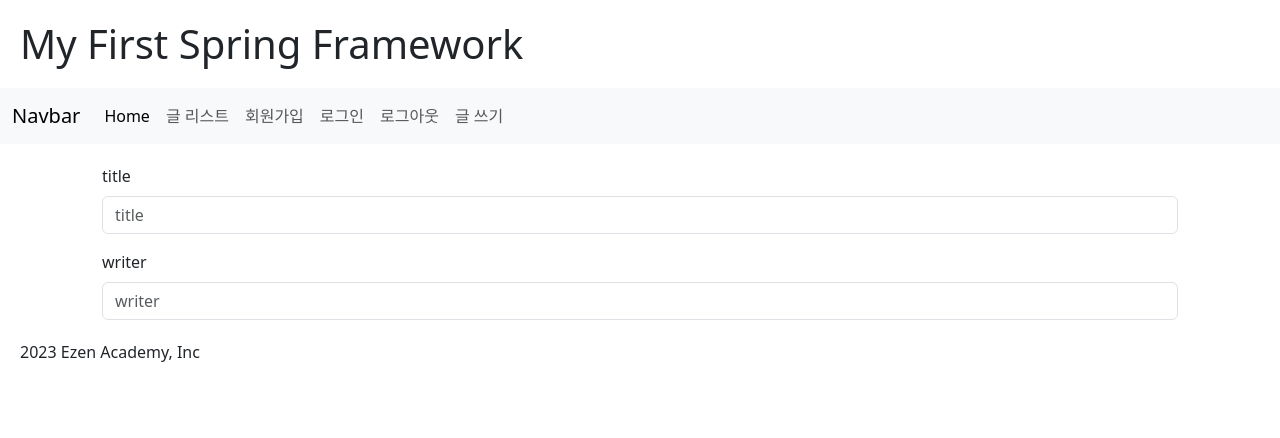
Repository: jinho0717/spring
Page: http://localhost/springProject/WEB-INF/views/member/register.jsp
An editor plug-in stored every save of this project. The page is shown before and after the next save, followed by the edit.
The browser window is 1280 px wide. The pictures show the whole page.
The page is served by Tomcat 9. Nobody is signed in. The template is opened directly, without the code that normally fills it, so the values that code supplies are empty.

Above is the page before, as saved 2023-10-27 10:24:29.

After the next save:
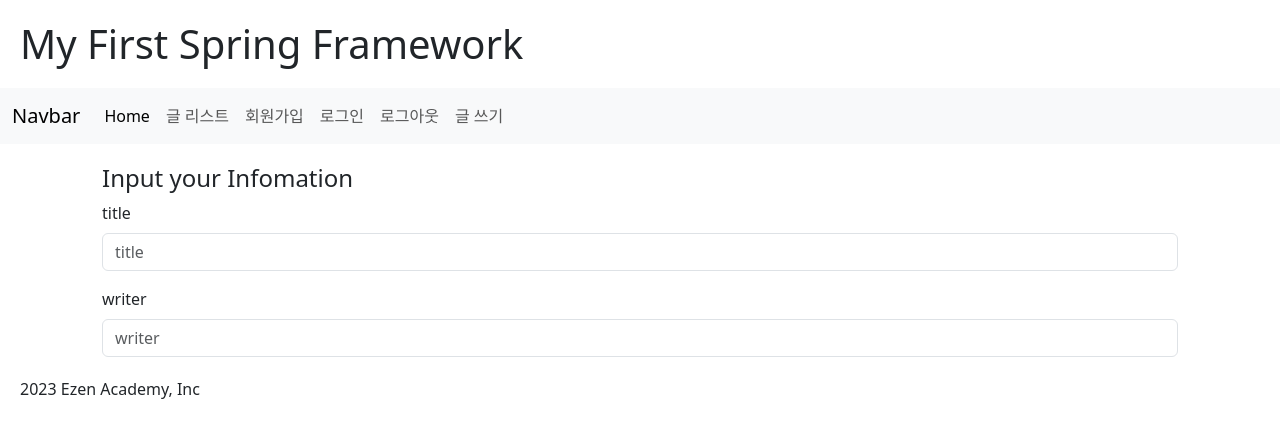
Saved 57 s later.
--- a/springProject/src/main/webapp/WEB-INF/views/member/register.jsp
+++ b/springProject/src/main/webapp/WEB-INF/views/member/register.jsp
@@ -13,6 +13,7 @@
 <!-- email, pwd, nick_name -->
 <div class="container">
 <form action="/board/register" method="post" enctype="multipart/form-data">
+	<h4>Input your Infomation</h4>
 	<div class="mb-3">
 	  <label for="exampleFormControlInput1" class="form-label">title</label>
 	  <input type="text" class="form-control" name="title" id="exampleFormControlInput1" placeholder="title">
